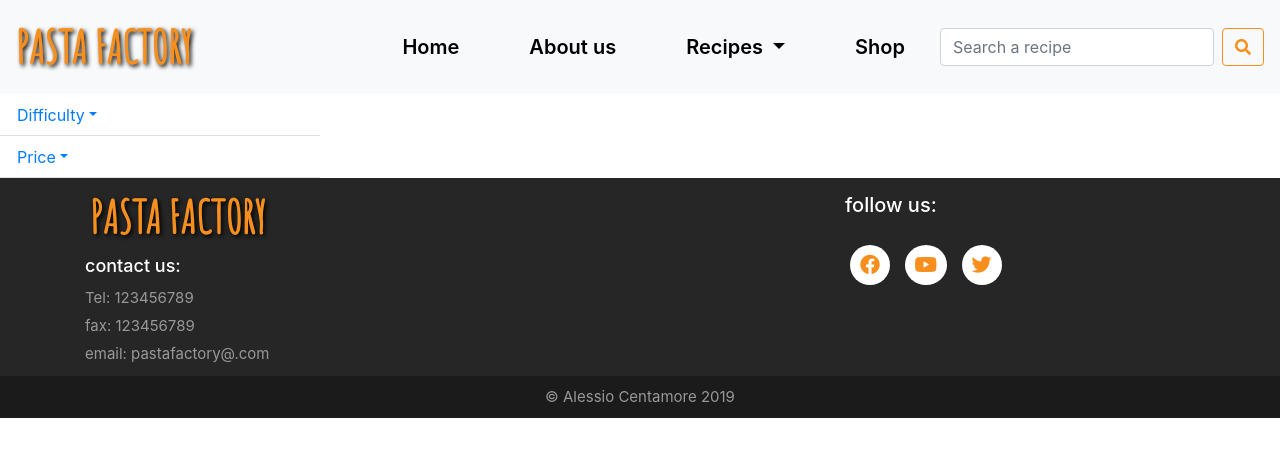
Repository: Baal89/recipe-app
Page: http://localhost/get_recipes
The author's editor kept a record of every edit. The page is drawn from the files as they stood at one moment, then again after the next edit.
The browser window is 1280 px wide. The pictures show the whole page.
Some web libraries are served in a nearby version. The page is served by the project's application, run on Flask 3 (app.py). Queries for data that is not in the repository find no rows.

Above is the page before.
Console error: TypeError: $(...).tooltip is not a function

After the next edit:
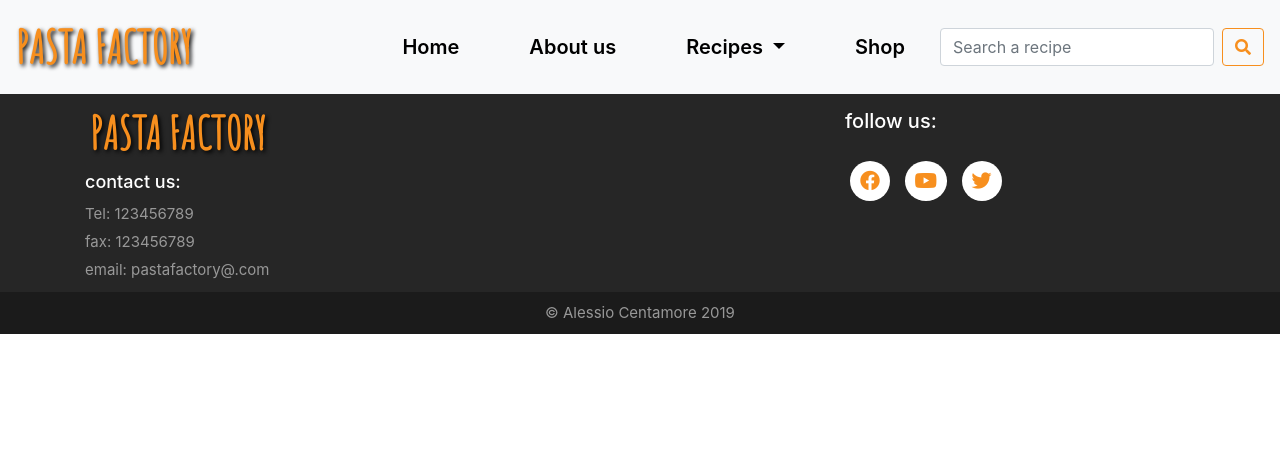
The edit:
--- a/templates/recipes.html
+++ b/templates/recipes.html
@@ -3,104 +3,50 @@
 <!-- bootstrap accordion and collapse navbar -->
 <section>
 
-                            <form method="POST" action="{{url_for('filter_recipes') }}">
-                                <div>
+    <form method="POST" action="{{url_for('filter_recipes') }}">
+        <div>
 
-                                    {% for category in categories %}
+            {% for category in categories %}
 
-                                    <div class="form-group form-check">
-                                        <input type="checkbox" class="form-check-input" id="exampleCheck1" name="category_name" value="{{category.category_name}}">
-                                        <label class="form-check-label" for="exampleCheck1" >{{category.category_name}}</label>
-                                    </div>
+            <div class="form-group form-check">
+                <input type="checkbox" class="form-check-input" id="exampleCheck1" name="category_name" value="{{category.category_name}}">
+                <label class="form-check-label" for="exampleCheck1">{{category.category_name}}</label>
+            </div>
 
-                                    {% endfor %}
-                                </div>
-                                <div>
+            {% endfor %}
+        </div>
+        <div>
 
-                                    {% for type in types %}
+            {% for type in types %}
 
-                                    <div class="form-group form-check">
-                                        <input type="checkbox" class="form-check-input" id="exampleCheck1" name="name" value="{{type.name}}">
-                                        <label class="form-check-label" for="exampleCheck1">{{type.name}}</label>
-                                    </div>
+            <div class="form-group form-check">
+                <input type="checkbox" class="form-check-input" id="exampleCheck1" name="name" value="{{type.name}}">
+                <label class="form-check-label" for="exampleCheck1">{{type.name}}</label>
+            </div>
 
-                                    {% endfor %}
-                                </div>
-                                <div>
-                                    {% for type in types %}
+            {% endfor %}
+        </div>
+        <div>
+            {% for type in types %}
 
-                                    <div class="form-group form-check">
-                                        <input type="checkbox" class="form-check-input" id="exampleCheck1" name="level" value="{{difficult.level}}">
-                                        <label class="form-check-label" for="exampleCheck1">{{difficult.level}}</label>
-                                    </div>
+            <div class="form-group form-check">
+                <input type="checkbox" class="form-check-input" id="exampleCheck1" name="level" value="{{difficult.level}}">
+                <label class="form-check-label" for="exampleCheck1">{{difficult.level}}</label>
+            </div>
 
-                                    {% endfor %}
-                                </div>
-                                <div>
-                                    {% for price in prices %}
+            {% endfor %}
+        </div>
+        <div>
+            {% for price in prices %}
 
-                                    <div class="form-group form-check">
-                                        <input type="checkbox" class="form-check-input" id="exampleCheck1" name="amount" value="{{price.amount}}">
-                                        <label class="form-check-label" for="exampleCheck1">{{price.amount}}</label>
-                                    </div>
+            <div class="form-group form-check">
+                <input type="checkbox" class="form-check-input" id="exampleCheck1" name="amount" value="{{price.amount}}">
+                <label class="form-check-label" for="exampleCheck1">{{price.amount}}</label>
+            </div>
 
-                                    {% endfor %}
-                                </div>
-                            </form>
-
-
-                                    {% for type in types %}
-
-                                    <div class="form-group form-check">
-                                        <input type="checkbox" class="form-check-input" id="exampleCheck1" name="name" value="{{type.name}}">
-                                        <label class="form-check-label" for="exampleCheck1">{{type.name}}</label>
-                                    </div>
-
-                                    {% endfor %}
-                                </div>
-                            </form>
-                        </li>
-                    </ul>
-                    <ul class="nav nav-tabs col-md-3">
-                        <li class="nav-item dropdown">
-                            <a class="nav-link dropdown-toggle" data-toggle="dropdown" href="#" role="button" aria-haspopup="true" aria-expanded="false">Difficulty</a>
-                            <form method="POST" action="{{url_for('filter_recipes') }}">
-                                <div class="dropdown-menu">
-
-                                    {% for difficult in difficulties %}
-
-                                    <div class="form-group form-check">
-                                        <input type="checkbox" class="form-check-input" id="exampleCheck1" name="level" value="{{difficult.level}}">
-                                        <label class="form-check-label" for="exampleCheck1">{{difficult.level}}</label>
-                                    </div>
-
-                                    {% endfor %}
-                                </div>
-                            </form>
-                        </li>
-                    </ul>
-                    <ul class="nav nav-tabs col-md-3">
-                        <li class="nav-item dropdown">
-                            <a class="nav-link dropdown-toggle" data-toggle="dropdown" href="#" role="button" aria-haspopup="true" aria-expanded="false">Price</a>
-                            <form method="POST" action="{{url_for('filter_recipes') }}">
-                                <div class="dropdown-menu">
-
-                                    {% for price in prices %}
-
-                                    <div class="form-group form-check">
-                                        <input type="checkbox" class="form-check-input" id="exampleCheck1" name="amount" value="{{price.amount}}">
-                                        <label class="form-check-label" for="exampleCheck1">{{price.amount}}</label>
-                                    </div>
-
-                                    {% endfor %}
-                                </div>
-                            </form>
-                        </li>
-                    </ul>
-                </div>
-            </div>
+            {% endfor %}
         </div>
-    </div>
+    </form>
 </section>
 
 {% for recipe in recipes %}
